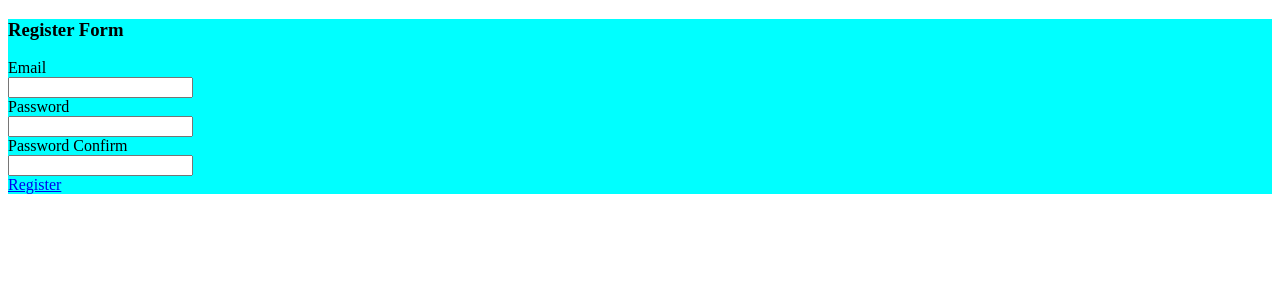
Repository: nptg3105/Register-form
Page: index.html
The author's editor kept a copy of each file at every save. The page is drawn from the files as they stood at one save, then again after the next save.
The browser window is 1280 px wide. The pictures show the whole page.
Some web libraries are served in a nearby version.

Above is the page before, as saved 2022-01-05 21:45:43.

After the next save:
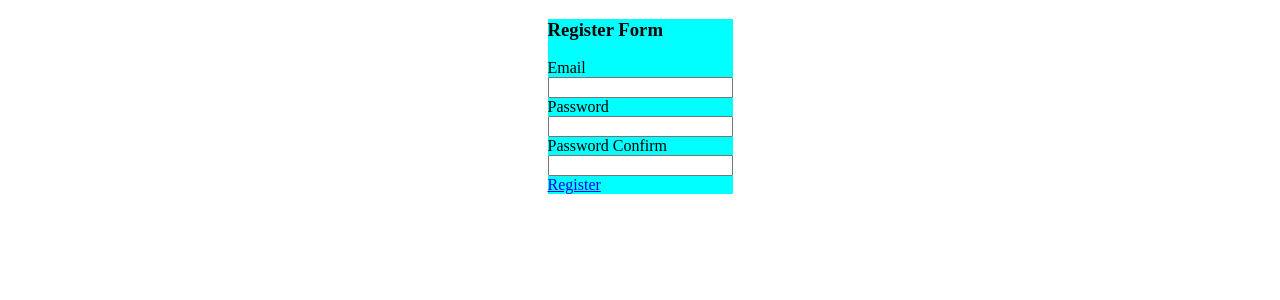
Saved 34 s later.
--- a/style.css
+++ b/style.css
@@ -1,4 +1,5 @@
 .register {
   background-color: aqua;
+  max-width: max-content;
   margin: 0 auto;
 }
